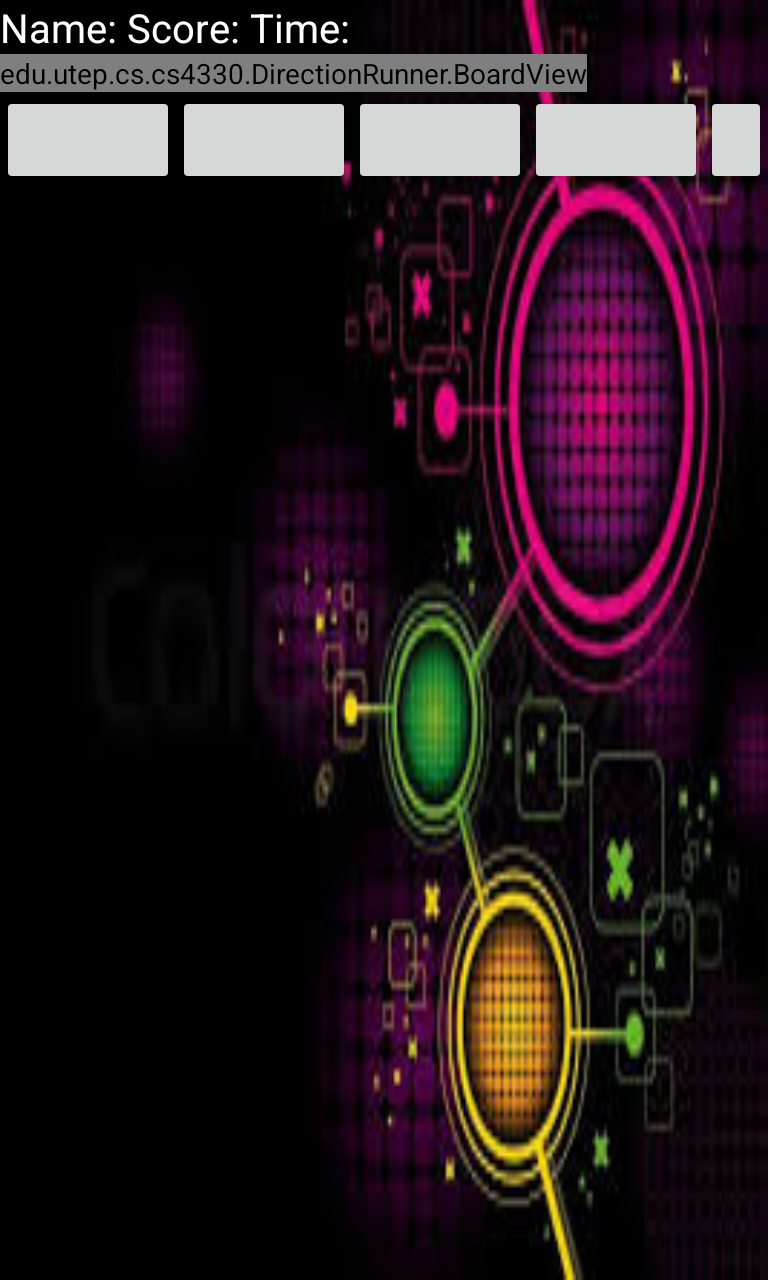
Repository: RedJaVa68/DirectionRunner
Layout: DirectionRunner/res/layout/game_activity.xml
These files come from the project's save history. The layout is drawn as it stood at one moment and after the next save; the edit follows.
Pictures or frames that could not be fetched are drawn as grey boxes. It is drawn on a 768 x 1280 px phone screen (xhdpi) without system bars, with theme AppTheme; the app's code is not run.

Above is the layout before, as saved 2015-05-07 00:27:43.

### DirectionRunner/res/layout/game_activity.xml
<?xml version="1.0" encoding="utf-8"?>
<ScrollView
    android:layout_width="match_parent"
    android:layout_height="match_parent"
    android:fillViewport="true"
    xmlns:android="http://schemas.android.com/apk/res/android">
<LinearLayout
    android:layout_width="fill_parent"
    android:layout_height="wrap_content"
    android:orientation="vertical"
    android:weightSum="3"
    android:background="@drawable/bg">
    <LinearLayout
        android:layout_width="wrap_content"
        android:layout_height="wrap_content"
        android:orientation="horizontal">
        <TextView
            android:id="@+id/nameText"
            android:layout_width="wrap_content"
            android:layout_height="wrap_content"
            android:text="Name: "
            android:textSize="20sp"
            android:textColor="#ffffff"/>"
        <TextView
            android:id="@+id/scoreText"
            android:layout_width="wrap_content"
            android:layout_height="wrap_content"
            android:text="Score: "
            android:textSize="20sp"
            android:textColor="#ffffff"/>
        <TextView
            android:id="@+id/clock"
            android:layout_width="wrap_content"
            android:layout_height="wrap_content"
            android:text="Time: "
            android:textSize="20sp"
            android:textColor="#ffffff"/>

    </LinearLayout>
    <edu.utep.cs.cs4330.DirectionRunner.BoardView
        android:id="@+id/boardView"
        android:layout_width="wrap_content"
        android:layout_height="wrap_content"/>
    <LinearLayout
        android:layout_width="wrap_content"
        android:layout_height="wrap_content"
        android:orientation="horizontal">
        <Button
        	android:id="@+id/button1"
        	android:layout_width="wrap_content"
        	android:layout_height="wrap_content"
        	android:onClick="button1"/>
        <Button
            android:id="@+id/button2"
            android:layout_width="wrap_content"
            android:layout_height="wrap_content"
            android:onClick="button2"/>
        <Button
        	android:id="@+id/button3"
        	android:layout_width="wrap_content"
        	android:layout_height="wrap_content"
        	android:onClick="button3"/>
        <Button
            android:id="@+id/button4"
            android:layout_width="wrap_content"
            android:layout_height="wrap_content"
            android:onClick="button4"/>
        <Button
        	android:id="@+id/button5"
        	android:layout_width="wrap_content"
        	android:layout_height="wrap_content"
        	android:onClick="button5"/>
    </LinearLayout>
</LinearLayout>
</ScrollView>

Loaded but not shown: DirectionRunner/res/values/styles.xml (common file); DirectionRunner/res/values-v11/styles.xml (common file); DirectionRunner/res/values-v14/styles.xml (common file)

After the next save:
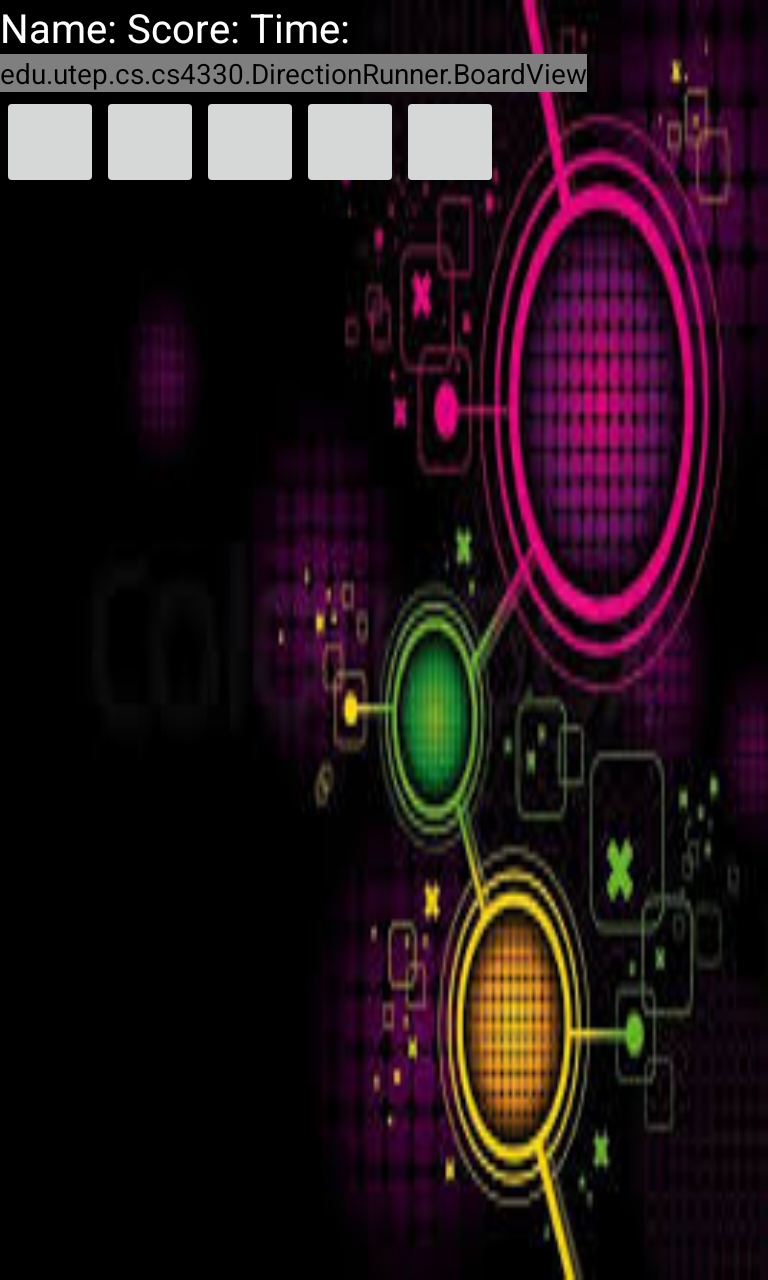
Saved 65 s later.
--- a/DirectionRunner/res/layout/game_activity.xml
+++ b/DirectionRunner/res/layout/game_activity.xml
@@ -47,28 +47,28 @@
         android:orientation="horizontal">
         <Button
         	android:id="@+id/button1"
-        	android:layout_width="wrap_content"
-        	android:layout_height="wrap_content"
+        	android:layout_width="50dp"
+        	android:layout_height="50dp"
         	android:onClick="button1"/>
         <Button
             android:id="@+id/button2"
-            android:layout_width="wrap_content"
-            android:layout_height="wrap_content"
+            android:layout_width="50dp"
+            android:layout_height="50dp"
             android:onClick="button2"/>
         <Button
         	android:id="@+id/button3"
-        	android:layout_width="wrap_content"
-        	android:layout_height="wrap_content"
+        	android:layout_width="50dp"
+        	android:layout_height="50dp"
         	android:onClick="button3"/>
         <Button
             android:id="@+id/button4"
-            android:layout_width="wrap_content"
-            android:layout_height="wrap_content"
+            android:layout_width="50dp"
+            android:layout_height="50dp"
             android:onClick="button4"/>
         <Button
         	android:id="@+id/button5"
-        	android:layout_width="wrap_content"
-        	android:layout_height="wrap_content"
+        	android:layout_width="50dp"
+        	android:layout_height="50dp"
         	android:onClick="button5"/>
     </LinearLayout>
 </LinearLayout>
